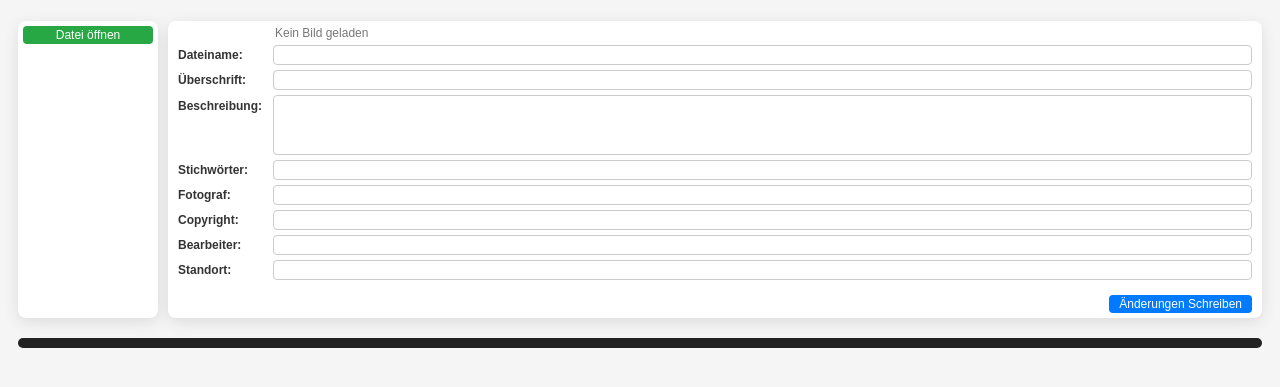
Repository: h-fahle/metadata
Page: ui/index.html
These files come from the project's save history. The page is drawn as it stood at one moment and after the next save; the edit follows.
The browser window is 1280 px wide. The pictures show the whole page.

Above is the page before, as saved 2026-08-17 18:14:44.

After the next save:
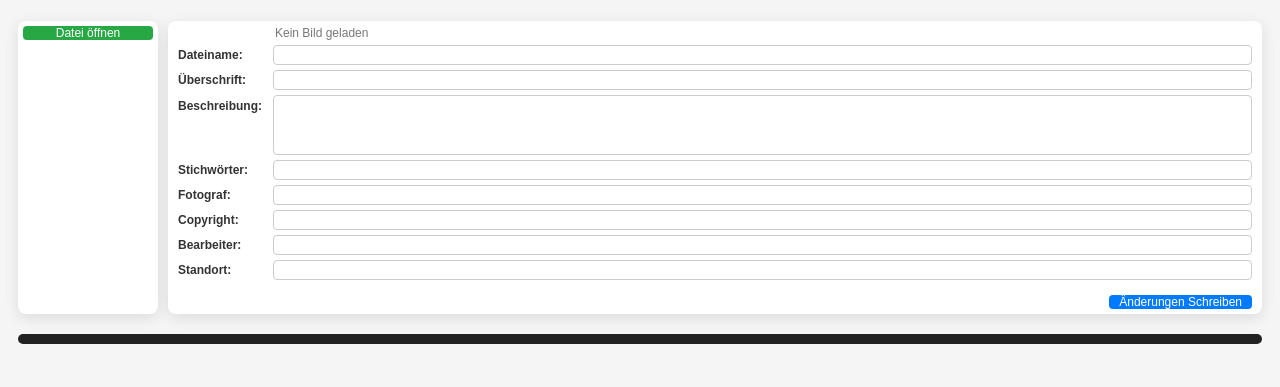
Saved 17 s later.
--- a/ui/style.css
+++ b/ui/style.css
@@ -6,7 +6,7 @@
 }
 
 button {
-	padding: 2px 10px;
+	padding: 0 10px;
 	font-size: 12px;
 	cursor: pointer;
 	background: #28a745;

After the save that followed:
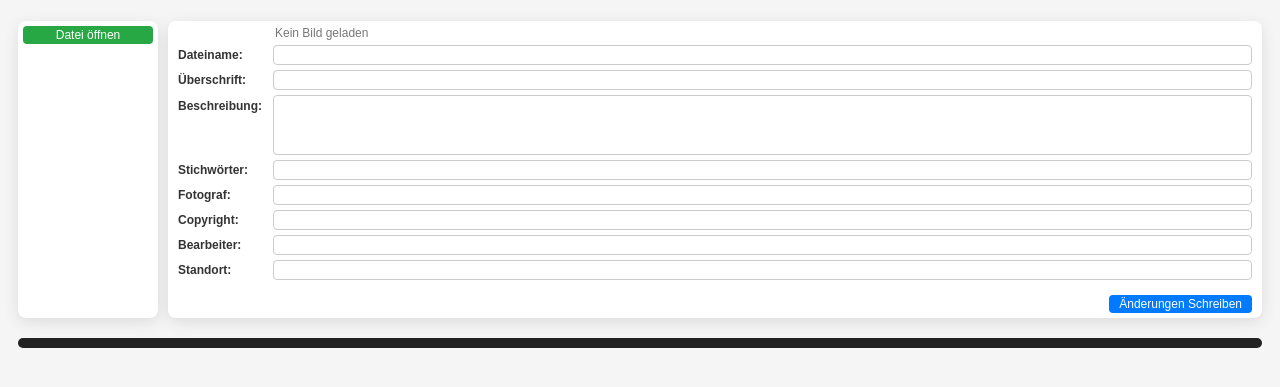
Saved 25 s later.
--- a/ui/style.css
+++ b/ui/style.css
@@ -6,7 +6,7 @@
 }
 
 button {
-	padding: 0 10px;
+	padding: 2px 10px;
 	font-size: 12px;
 	cursor: pointer;
 	background: #28a745;
